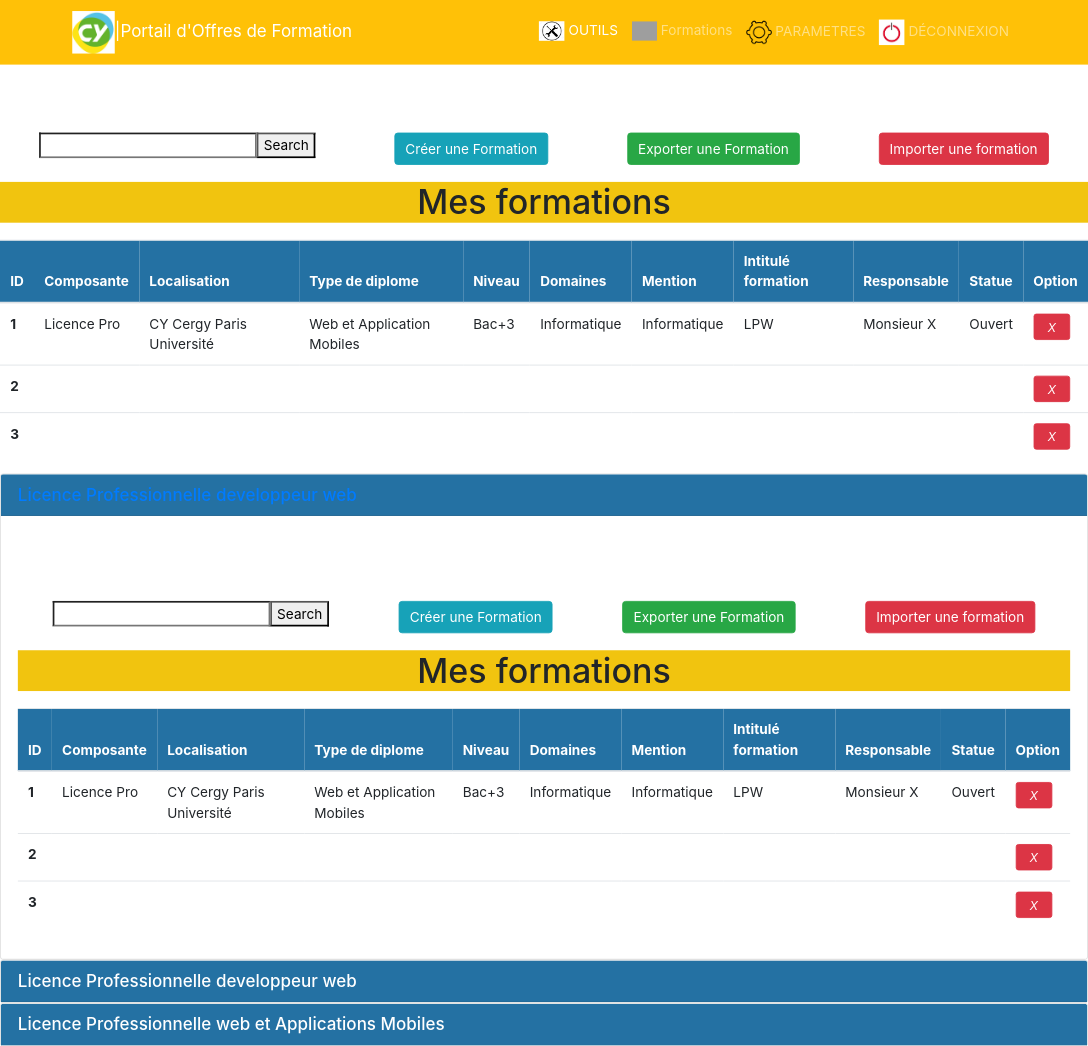
Repository: BaldeThierno1990/Projet-1-formation-tableau-generique-vue-export
Page: / (app in mcc/)
An editor plug-in stored every save of this project. The page is shown before and after the next save, followed by the edit.
The browser window is 1280 px wide. The pictures show the whole page, at 85% of full size.
Pictures or frames that could not be fetched are drawn as grey boxes. The project was rebuilt for these pictures with package versions that can differ from the ones it lists, and the page was loaded fresh each time.

Above is the page before, as saved 2021-03-22 14:43:51.

### mcc/src/main.js
import Vue from 'vue'
import App from './App.vue'

import 'bootstrap';
import 'bootstrap/dist/css/bootstrap.min.css';

Vue.config.productionTip = false

new Vue({
  render: h => h(App),
}).$mount('#app')

### mcc/src/App.vue
<template>
  <div id="app">

  <v-header></v-header>
  <v-tableau></v-tableau>
  <v-formation></v-formation>
  <v-footer></v-footer>


  </div>
</template>

<script>
import VTableau from './components/tableau/Vtableau.vue'
import VHeader from './components/menu/VHeader.vue'
import VFormation from './components/tableau/VFormation.vue'
import VFooter from './components/footer/Vfooter.vue'
export default {
  name: 'App',
  components: {
  VHeader,
    VTableau,
    VFormation,
    VFooter

  }
}
</script>

<style>
#app {
  font-family: Avenir, Helvetica, Arial, sans-serif;
  -webkit-font-smoothing: antialiased;
  -moz-osx-font-smoothing: grayscale;
  text-align: center;
  color: #2c3e50;
}
#nav {
  padding: 30px;
}

### mcc/src/components/tableau/Vtableau.vue
<template>
<div class="table">
    <div class="parent">
        <div class="formation">
         <input type="search" id="site-search" name="q"
        aria-label="Search through site content">
        <button>Search</button></div>
        <div class="formation"><button type="button" class="btn btn-info">Créer une Formation</button></div>
          <div class="formation"><button type="button" class="btn btn-success">Exporter une Formation</button></div>
        <div class="formation"><button type="button" class="btn btn-danger">Importer une formation</button></div>



    </div>


    <div>
        <div class="menu">
        <h1> Mes formations</h1>
    </div>
    <table class="table align-middle">

  <thead>
    <tr class="colonne">
      <th scope="col">ID</th>
      <th scope="col">Composante</th>
      <th scope="col">Localisation</th>
      <th scope="col">Type de diplome</th>
      <th scope="col">Niveau</th>
      <th scope="col">Domaines</th>
      <th scope="col">Mention</th>
      <th scope="col">Intitulé formation</th>
      <th scope="col">Responsable</th>
      <th scope="col">Statue</th>
      <th scope="col">Option</th>
    </tr>
  </thead>
  <tbody>
    <tr>
      <th scope="row">1</th>
       <td>Licence Pro</td>
      <td>CY Cergy Paris Université</td>
      <td>Web et Application Mobiles</td>
      <td>Bac+3</td>
      <td>Informatique</td>
      <td>Informatique</td>
      <td>LPW</td>
      <td>Monsieur X</td>
      <td>Ouvert</td>
      <td>
        <button type="button" class="btn btn-danger btn-sm px-3">
          <i class="fas fa-times">X</i>
        </button>
      </td>
    </tr>
    <tr>
      <th scope="row">2</th>
      <td></td>
      <td></td>
      <td></td>
      <td></td>
      <td></td>
      <td></td>
      <td></td>
      <td></td>
      <td></td>

      <td>
        <button type="button" class="btn btn-danger btn-sm px-3">
          <i class="fas fa-times">X</i>
        </button>
      </td>
    </tr>
    <tr>
      <th scope="row">3</th>
       <td></td>
      <td></td>
      <td></td>
      <td></td>
      <td></td>
      <td></td>
      <td></td>
      <td></td>
      <td></td>
      <td>
        <button type="button" class="btn btn-danger btn-sm px-3">
          <i class="fas fa-times">X</i>
        </button>
      </td>
    </tr>

  </tbody>
</table>
 </div>
</div>


</template>

<style>
.parent{
     display: flex;
     justify-content: space-around;
     margin-top: 80px;

}
.table{
    margin-top: 20px;
}
.colonne{
    background-color: #2471A3;
    color: white;
}
.menu{
    text-align: center;
    background-color: #F1C40F;
    margin-top: 20px;
}
</style>


<script>
export default {

}
</script>

### mcc/src/components/menu/VHeader.vue
<template>
<div class="header">
  <!-- Navigation -->
<nav class="navbar navbar-expand-lg navbar-dark bg-warning static-top">
  <div class="container">
    <a class="navbar-brand" href="#">
          <img src="@/assets/logo.jpg" alt="Logo" width="50">|Portail d'Offres de Formation
        </a>
    <button class="navbar-toggler" type="button" data-toggle="collapse" data-target="#navbarResponsive" aria-controls="navbarResponsive" aria-expanded="false" aria-label="Toggle navigation">
          <span class="navbar-toggler-icon"></span>
        </button>
    <div class="collapse navbar-collapse" id="navbarResponsive">
      <ul class="navbar-nav ml-auto">
        <li class="nav-item active">
          <a class="nav-link" href="#"> <img src="@/assets/icone_outils.jpg" alt="Outils" width="30"> OUTILS
                <span class="sr-only">(current)</span>
              </a>
        </li>

        <li class="nav-item">
          <a class="nav-link" href="#"><img src="@/assets/icone_formation.png" alt="Formation" width="30">  Formations</a>
        </li>
        <li class="nav-item">
          <a class="nav-link" href="#"><img src="@/assets/icone_parametre.png" alt="Parametre" width="30">  PARAMETRES</a>
        </li>
         <li class="nav-item">
          <a class="nav-link" href="#"> <img src="@/assets/icone_deconnexion.jpeg" alt="Formation" width="30"> DÉCONNEXION</a>
        </li>
      </ul>
    </div>
  </div>
</nav>
</div>

</template>

### mcc/src/components/tableau/VFormation.vue
<template>
    <div id="accordion" role="tablist">
  <div class="card">
    <div class="card-header" role="tab" id="heading">
      <h5 class="mb-0">
        <a data-toggle="collapse" href="#collapseOne" aria-expanded="true" aria-controls="collapseOne">
       Licence Professionnelle developpeur web
        </a>
      </h5>
</div>
<div id="collapseOne" class="collapse show" role="tabpanel" aria-labelledby="headingOne" data-parent="#accordion">
      <div class="card-body">
       <div class="table">
    <div class="parent">
        <div class="formation">
         <input type="search" id="site-search" name="q"
        aria-label="Search through site content">
        <button>Search</button></div>
        <div class="formation"><button type="button" class="btn btn-info">Créer une Formation</button></div>
          <div class="formation"><button type="button" class="btn btn-success">Exporter une Formation</button></div>
        <div class="formation"><button type="button" class="btn btn-danger">Importer une formation</button></div>



    </div>


    <div>
        <div class="menu">
        <h1> Mes formations</h1>
    </div>
    <table class="table align-middle">

  <thead>
    <tr class="colonne">
      <th scope="col">ID</th>
      <th scope="col">Composante</th>
      <th scope="col">Localisation</th>
      <th scope="col">Type de diplome</th>
      <th scope="col">Niveau</th>
      <th scope="col">Domaines</th>
      <th scope="col">Mention</th>
      <th scope="col">Intitulé formation</th>
      <th scope="col">Responsable</th>
      <th scope="col">Statue</th>
      <th scope="col">Option</th>
    </tr>
  </thead>
  <tbody>
    <tr>
      <th scope="row">1</th>
       <td>Licence Pro</td>
      <td>CY Cergy Paris Université</td>
      <td>Web et Application Mobiles</td>
      <td>Bac+3</td>
      <td>Informatique</td>
      <td>Informatique</td>
      <td>LPW</td>
      <td>Monsieur X</td>
      <td>Ouvert</td>
      <td>
        <button type="button" class="btn btn-danger btn-sm px-3">
          <i class="fas fa-times">X</i>
        </button>
      </td>
    </tr>
    <tr>
      <th scope="row">2</th>
      <td></td>
      <td></td>
      <td></td>
      <td></td>
      <td></td>
      <td></td>
      <td></td>
      <td></td>
      <td></td>

      <td>
        <button type="button" class="btn btn-danger btn-sm px-3">
          <i class="fas fa-times">X</i>
        </button>
      </td>
    </tr>
    <tr>
      <th scope="row">3</th>
       <td></td>
      <td></td>
      <td></td>
      <td></td>
      <td></td>
      <td></td>
      <td></td>
      <td></td>
      <td></td>
      <td>
        <button type="button" class="btn btn-danger btn-sm px-3">
          <i class="fas fa-times">X</i>
        </button>
      </td>
    </tr>

  </tbody>
</table>
        </div>



</div>

      </div>
</div>
</div>
<div class="card">
    <div class="card-header" role="tab" id="heading">
      <h5 class="mb-0">
        <a class="collapsed" data-toggle="collapse" href="#collapseTwo" aria-expanded="false" aria-controls="collapseTwo">
       Licence Professionnelle developpeur web
        </a>
      </h5>
</div>
<div id="collapseTwo" class="collapse" role="tabpanel" aria-labelledby="headingTwo" data-parent="#accordion">
      <div class="card-body">
      <div class="table">
    <div class="parent">
        <div class="formation">
         <input type="search" id="site-search" name="q"
        aria-label="Search through site content">
        <button>Search</button></div>
        <div class="formation"><button type="button" class="btn btn-info">Créer une Formation</button></div>
          <div class="formation"><button type="button" class="btn btn-success">Exporter une Formation</button></div>
        <div class="formation"><button type="button" class="btn btn-danger">Importer une formation</button></div>



    </div>


    <div>
        <div class="menu">
        <h1> Mes formations</h1>
    </div>
    <table class="table align-middle">

  <thead>
    <tr class="colonne">
      <th scope="col">ID</th>
      <th scope="col">Composante</th>
      <th scope="col">Localisation</th>
      <th scope="col">Type de diplome</th>
      <th scope="col">Niveau</th>
      <th scope="col">Domaines</th>
      <th scope="col">Mention</th>
      <th scope="col">Intitulé formation</th>
      <th scope="col">Responsable</th>
      <th scope="col">Statue</th>
      <th scope="col">Option</th>
    </tr>
  </thead>
  <tbody>
    <tr>
      <th scope="row">1</th>
       <td>Licence Pro</td>
      <td>CY Cergy Paris Université</td>
      <td>Web et Application Mobiles</td>
      <td>Bac+3</td>
      <td>Informatique</td>
      <td>Informatique</td>
      <td>LPW</td>
      <td>Monsieur X</td>
      <td>Ouvert</td>
      <td>
        <button type="button" class="btn btn-danger btn-sm px-3">
          <i class="fas fa-times">X</i>
        </button>
      </td>
    </tr>
    <tr>
      <th scope="row">2</th>
      <td></td>
      <td></td>
      <td></td>
      <td></td>
      <td></td>
      <td></td>
      <td></td>
      <td></td>
      <td></td>

      <td>
        <button type="button" class="btn btn-danger btn-sm px-3">
          <i class="fas fa-times">X</i>
        </button>
      </td>
    </tr>
    <tr>
      <th scope="row">3</th>
       <td></td>
      <td></td>
      <td></td>
      <td></td>
      <td></td>
      <td></td>
      <td></td>
      <td></td>
      <td></td>
      <td>
        <button type="button" class="btn btn-danger btn-sm px-3">
          <i class="fas fa-times">X</i>
        </button>
      </td>
    </tr>

  </tbody>
</table>
        </div>



</div>

      </div>
</div>
</div>


<div class="card">
    <div class="card-header" role="tab" id="heading">
      <h5 class="mb-0">
        <a class="collapsed" data-toggle="collapse" href="#collapseThree" aria-expanded="false" aria-controls="collapseThree">
    Licence Professionnelle web et Applications Mobiles
        </a>
      </h5>
</div>
<div id="collapseThree" class="collapse" role="tabpanel" aria-labelledby="headingThree" data-parent="#accordion">
      <div class="card-body">
      <div class="table">
    <div class="parent">
        <div class="formation">
         <input type="search" id="site-search" name="q"
        aria-label="Search through site content">
        <button>Search</button></div>
        <div class="formation"><button type="button" class="btn btn-info">Créer une Formation</button></div>
          <div class="formation"><button type="button" class="btn btn-success">Exporter une Formation</button></div>
        <div class="formation"><button type="button" class="btn btn-danger">Importer une formation</button></div>



    </div>


    <div>
        <div class="menu">
        <h1> Mes formations</h1>
    </div>
    <table class="table align-middle">

  <thead>
    <tr class="colonne">
      <th scope="col">ID</th>
      <th scope="col">Composante</th>
      <th scope="col">Localisation</th>
      <th scope="col">Type de diplome</th>
      <th scope="col">Niveau</th>
      <th scope="col">Domaines</th>
      <th scope="col">Mention</th>
      <th scope="col">Intitulé formation</th>
      <th scope="col">Responsable</th>
      <th scope="col">Statue</th>
      <th scope="col">Option</th>
    </tr>
  </thead>
  <tbody>
    <tr>
      <th scope="row">1</th>
       <td>Licence Pro</td>
      <td>CY Cergy Paris Université</td>
      <td>Web et Application Mobiles</td>
      <td>Bac+3</td>
      <td>Informatique</td>
      <td>Informatique</td>
      <td>LPW</td>
      <td>Monsieur X</td>
      <td>Ouvert</td>
      <td>
        <button type="button" class="btn btn-danger btn-sm px-3">
          <i class="fas fa-times">X</i>
        </button>
      </td>
    </tr>
    <tr>
      <th scope="row">2</th>
      <td></td>
      <td></td>
      <td></td>
      <td></td>
      <td></td>
      <td></td>
      <td></td>
      <td></td>
      <td></td>

      <td>
        <button type="button" class="btn btn-danger btn-sm px-3">
          <i class="fas fa-times">X</i>
        </button>
      </td>
    </tr>
    <tr>
      <th scope="row">3</th>
       <td></td>
      <td></td>
      <td></td>
      <td></td>
      <td></td>
      <td></td>
      <td></td>
      <td></td>
      <td></td>
      <td>
        <button type="button" class="btn btn-danger btn-sm px-3">
          <i class="fas fa-times">X</i>
        </button>
      </td>
    </tr>

  </tbody>
</table>
</div>


</div>
</div>
</div>
</div>
</div>
</template>

<style>
[data-toggle="collapse"]:after {
display: inline-block;
    display: inline-block;
    font: normal normal normal 14px/1 FontAwesome;
    font-size: inherit;
    text-rendering: auto;
    -webkit-font-smoothing: antialiased;
    -moz-osx-font-smoothing: grayscale;
  content: "\f054";
  transform: rotate(90deg) ;
  transition: all linear 0.25s;
  float:right;
  }
[data-toggle="collapse"].collapsed:after {
  transform: rotate(0deg) ;


}
#heading{
    background-color:  #2471A3;

}
.collapsed{
    color: white;
}
</style>
<script>
export default {

}
</script>

Loaded but not shown: mcc/public/index.html (common file); mcc/src/components/footer/Vfooter.vue (no stored copy; drawn as an empty file)

After the next save:
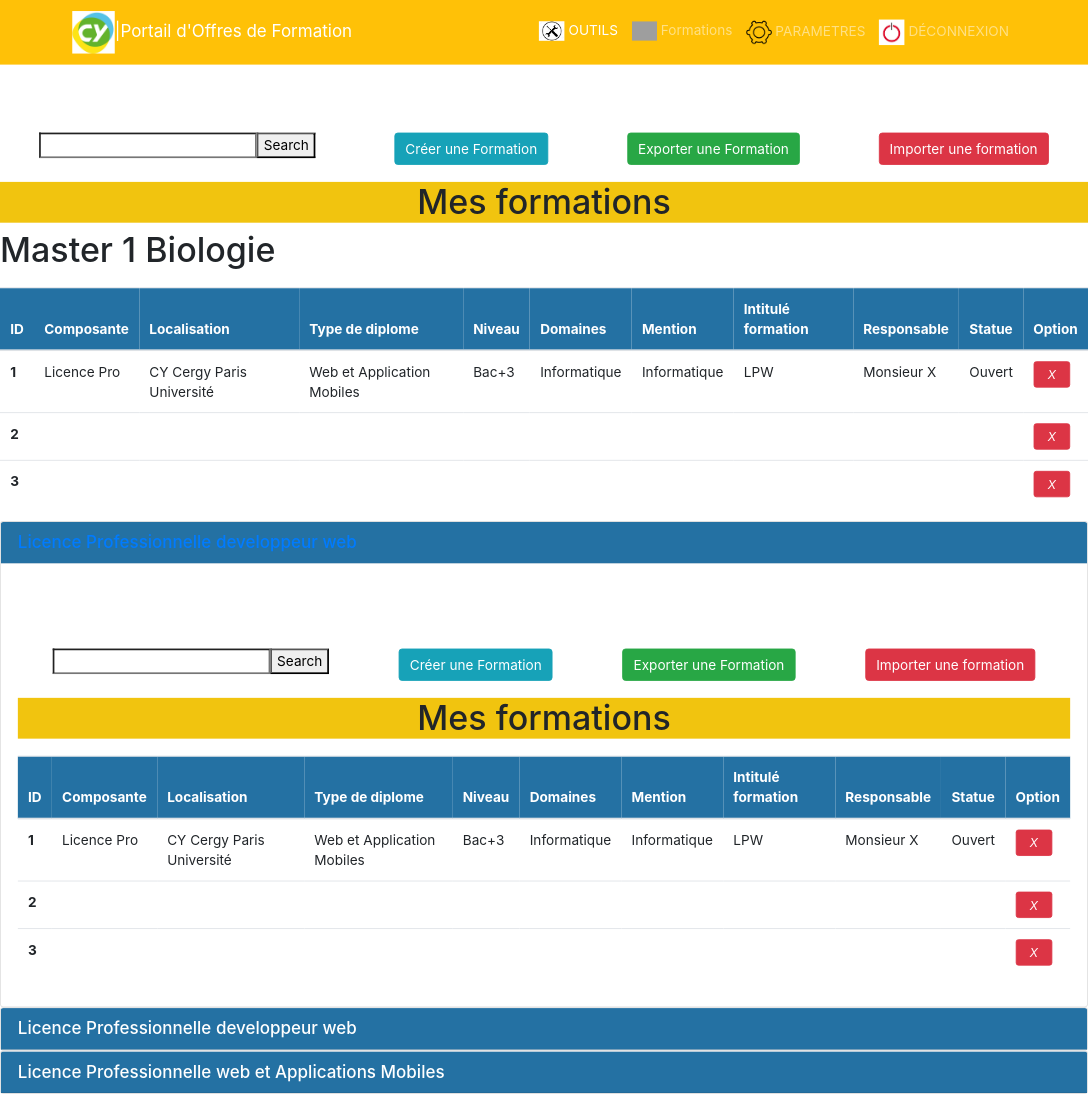
Saved 3 min 52 s later.
--- a/mcc/src/components/tableau/Vtableau.vue
+++ b/mcc/src/components/tableau/Vtableau.vue
@@ -18,6 +18,7 @@
         <div class="menu">
         <h1> Mes formations</h1>
     </div>
+    <div><h1>Master 1 Biologie</h1></div>
     <table class="table align-middle">
 
   <thead>
